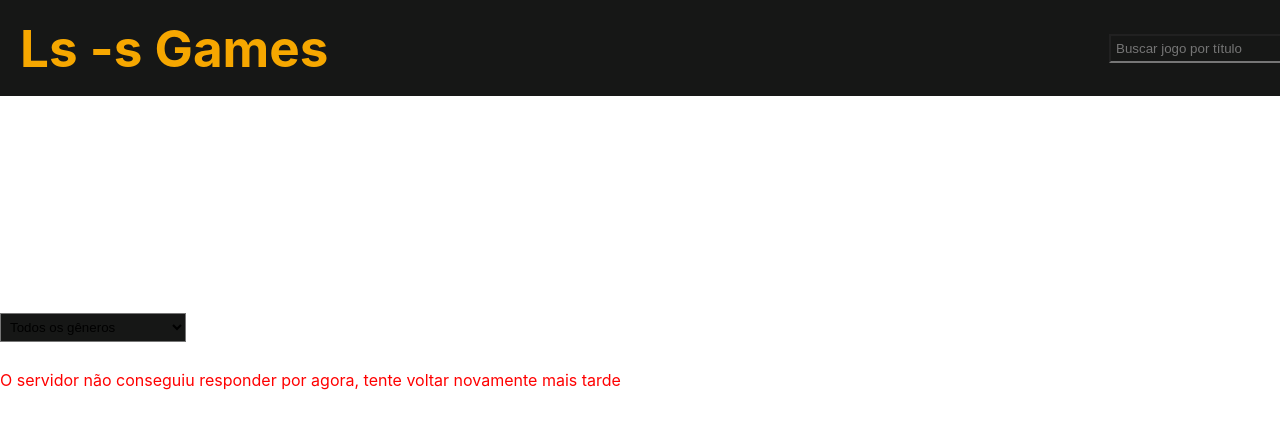
Repository: nlemuel/games-front-test
Page: /
These files come from the project's save history. The page is drawn as it stood at one moment and after the next save; the edit follows.
The browser window is 1280 px wide. The pictures show the whole page.
The page's requests for data from a server got no answer. The project was rebuilt for these pictures with package versions that can differ from the ones it lists, and the page was loaded fresh each time. No one was signed in, and anything a server would have sent is missing. Also part of the build but not shown: vite.config.ts.

Above is the page before, as saved 2023-06-25 16:55:48.

After the next save:
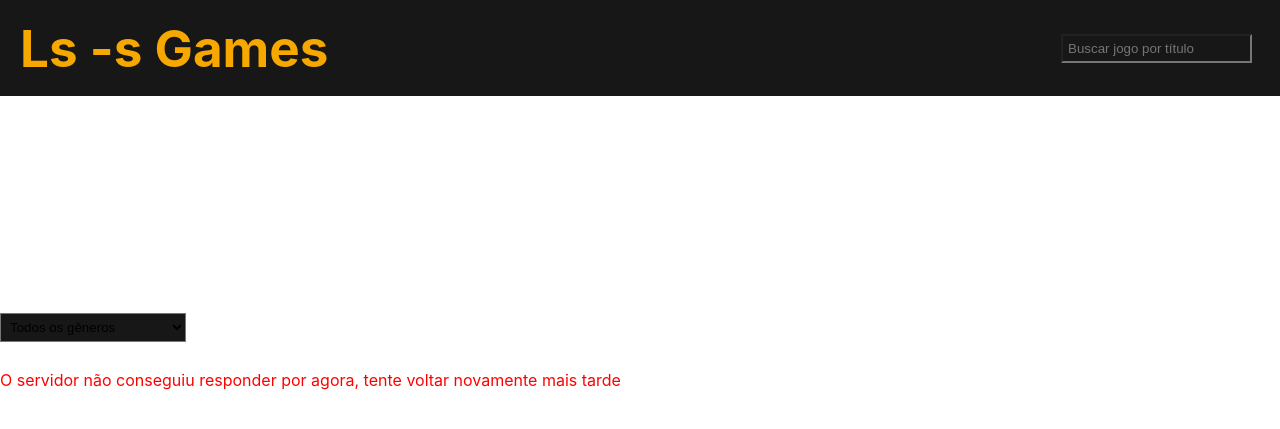
Saved 10 s later.
--- a/src/components/Header/index.tsx
+++ b/src/components/Header/index.tsx
@@ -23,7 +23,7 @@
   padding: 5px;
   background-color: #161716;
   color: #f6a700;
-  margin-left: 3rem;
+  margin-right: 3rem;
 `;
 
 interface HeaderProps {

After the save that followed:
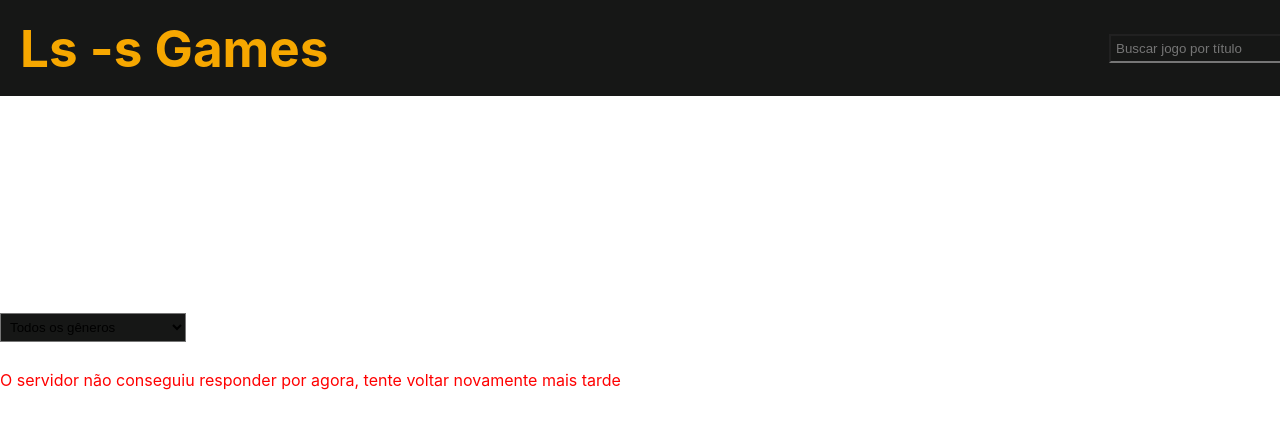
Saved 16 s later.
--- a/src/components/Header/index.tsx
+++ b/src/components/Header/index.tsx
@@ -23,7 +23,7 @@
   padding: 5px;
   background-color: #161716;
   color: #f6a700;
-  margin-right: 3rem;
+  margin-right: 0;
 `;
 
 interface HeaderProps {
